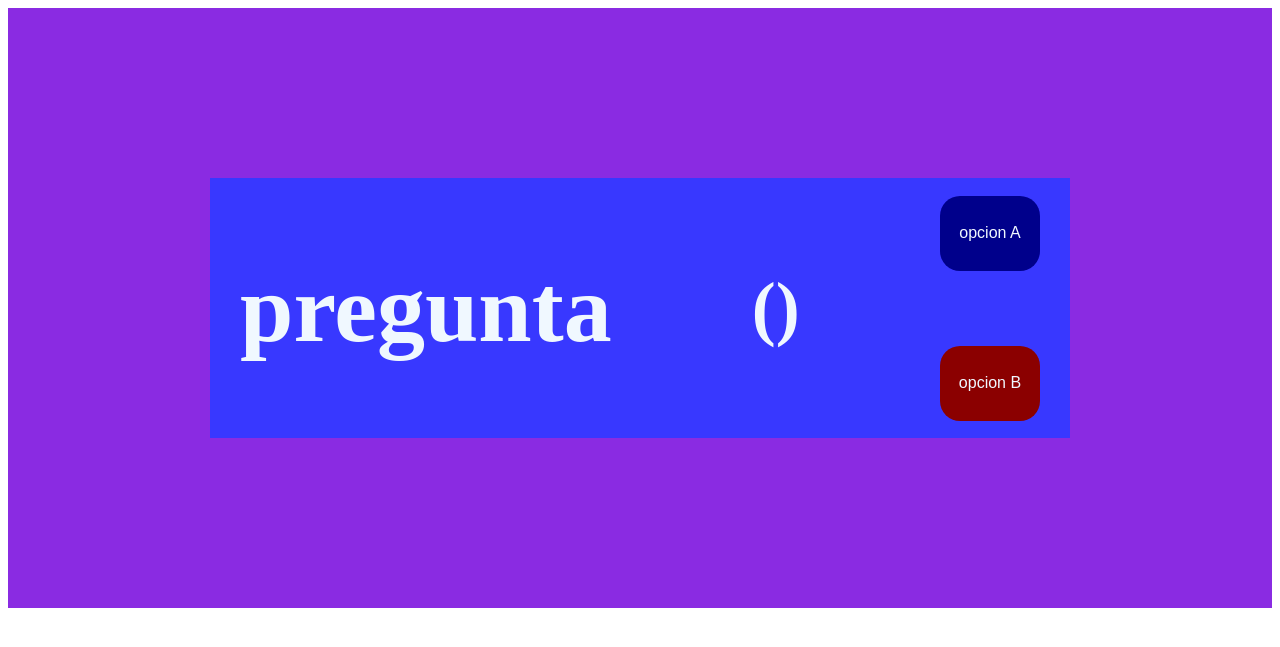
Repository: eschala/Proyecto_Clonaci-n_Kahoot_2023-2
Page: Borrador_Samir_Kahoot_NEW/Prueaba_Validar.html
The author's editor kept a copy of each file at every save. The page is drawn from the files as they stood at one save, then again after the next save.
The browser window is 1280 px wide. The pictures show the whole page.

Above is the page before, as saved 2023-11-29 13:24:16.
Console error: ReferenceError: tituloClass_element is not defined

After the next save:
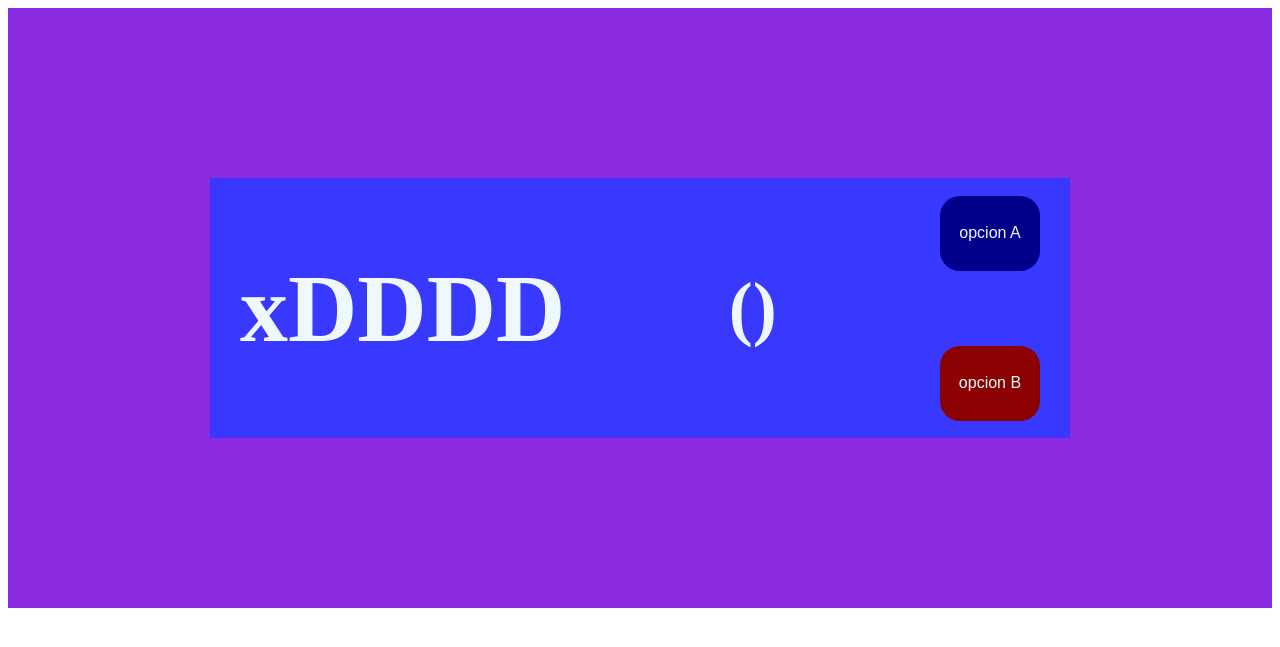
The error is gone.
Saved 7 s later.
--- a/Borrador_Samir_Kahoot_NEW/respuesta_VALIDAR.js
+++ b/Borrador_Samir_Kahoot_NEW/respuesta_VALIDAR.js
@@ -28,7 +28,7 @@ const intervalo= segundos*1000;
 
 
 var funcionPrueba=()=>{
-    tituloClass_element.innerHTML="xDDDD";
+    tituloClass_E.innerHTML="xDDDD";
 }
 
 
